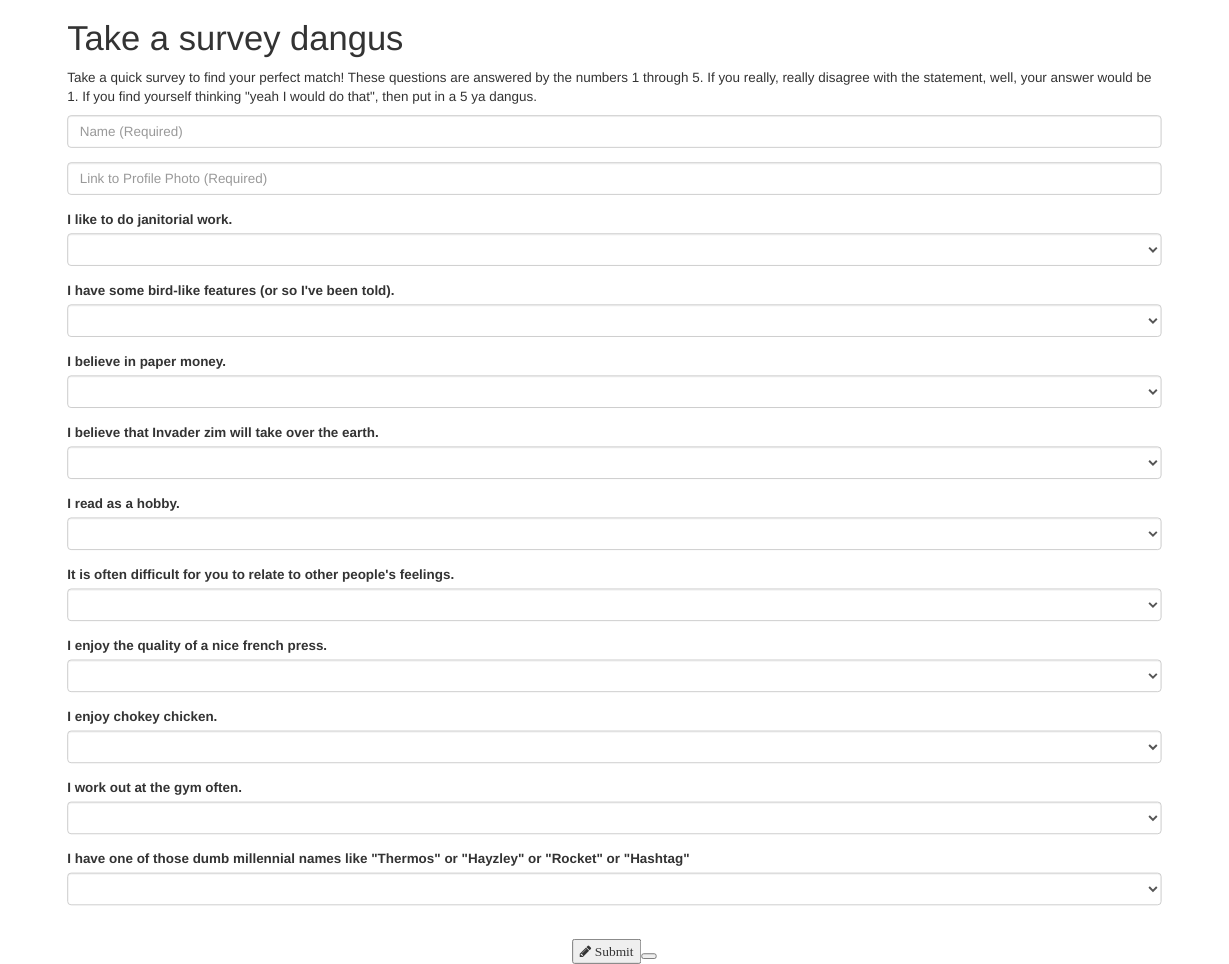
Repository: kcummings1/Mate-Matcher
Page: public/survey.html
The author's editor kept a copy of each file at every save. The page is drawn from the files as they stood at one save, then again after the next save.
The browser window is 1280 px wide. The pictures show the whole page, at 96% of full size.
Some web libraries are served in a nearby version.

Above is the page before, as saved 2019-10-05 12:13:23.

### public/survey.html
<!DOCTYPE html>
<html>

<head>
    <title>Friend Finder | Survey</title>
    <!--===================\\BootStrap//===================-->
    <link rel="stylesheet" href="https://maxcdn.bootstrapcdn.com/bootstrap/3.3.7/css/bootstrap.min.css">
    <link rel="stylesheet" href="https://maxcdn.bootstrapcdn.com/font-awesome/4.7.0/css/font-awesome.min.css">
</head>
<body>

    <div class="container">

        <h1>Take a survey dangus</h1>
        <p>Take a quick survey to find your perfect match! These questions are answered by the numbers 1 through 5. If
            you really, really disagree with the statement, well, your answer would be 1. If you find yourself thinking
            "yeah I would do that", then put in a 5 ya dangus.</p>
        <form>
            <div class="form-group">
                <input id="name" type="text" class="form-control" placeholder="Name (Required)">
            </div>
            <div class="form-group">
                <input id="photo" type="text" class="form-control" placeholder="Link to Profile Photo (Required)">
            </div>
            <div class="form-group">
                <label for="question1">I like to do janitorial work.</label>
                <select class="form-control" id="question1">
                    <option value="empty"></option>
                    <option value="1">1</option>
                    <option value="2">2</option>
                    <option value="3">3</option>
                    <option value="4">4</option>
                    <option value="5">5</option>
                </select>
            </div>
            <div class="form-group">
                <label for="question2">I have some bird-like features (or so I've been told).</label>
                <select class="form-control" id="question2">
                    <option value="empty"></option>
                    <option value="1">1</option>
                    <option value="2">2</option>
                    <option value="3">3</option>
                    <option value="4">4</option>
                    <option value="5">5</option>
                </select>
            </div>
            <div class="form-group">
                <label for="question3">I believe in paper money.</label>
                <select class="form-control" id="question3">
                    <option value="empty"></option>
                    <option value="1">1</option>
                    <option value="2">2</option>
                    <option value="3">3</option>
                    <option value="4">4</option>
                    <option value="5">5</option>
                </select>
            </div>
            <div class="form-group">
                <label for="question4">I believe that Invader zim will take over the earth.</label>
                <select class="form-control" id="question4">
                    <option value="empty"></option>
                    <option value="1">1</option>
                    <option value="2">2</option>
                    <option value="3">3</option>
                    <option value="4">4</option>
                    <option value="5">5</option>
                </select>
            </div>
            <div class="form-group">
                <label for="question5">I read as a hobby.</label>
                <select class="form-control" id="question5">
                    <option value="empty"></option>
                    <option value="1">1</option>
                    <option value="2">2</option>
                    <option value="3">3</option>
                    <option value="4">4</option>
                    <option value="5">5</option>
                </select>
            </div>
            <div class="form-group">
                <label for="question6">It is often difficult for you to relate to other people's feelings.</label>
                <select class="form-control" id="question6">
                    <option value="empty"></option>
                    <option value="1">1</option>
                    <option value="2">2</option>
                    <option value="3">3</option>
                    <option value="4">4</option>
                    <option value="5">5</option>
                </select>
            </div>
            <div class="form-group">
                <label for="question7">I enjoy the quality of a nice french press.</label>
                <select class="form-control" id="question7">
                    <option value="empty"></option>
                    <option value="1">1</option>
                    <option value="2">2</option>
                    <option value="3">3</option>
                    <option value="4">4</option>
                    <option value="5">5</option>
                </select>
            </div>
            <div class="form-group">
                <label for="question8">I enjoy chokey chicken.</label>
                <select class="form-control" id="question8">
                    <option value="empty"></option>
                    <option value="1">1</option>
                    <option value="2">2</option>
                    <option value="3">3</option>
                    <option value="4">4</option>
                    <option value="5">5</option>
                </select>
            </div>
            <div class="form-group">
                <label for="question9">I work out at the gym often.</label>
                <select class="form-control" id="question9">
                    <option value="empty"></option>
                    <option value="1">1</option>
                    <option value="2">2</option>
                    <option value="3">3</option>
                    <option value="4">4</option>
                    <option value="5">5</option>
                </select>
            </div>
            <div class="form-group">
                <label for="question10">I have one of those dumb millennial names like "Thermos" or "Hayzley" or
                    "Rocket" or "Hashtag"</label>
                <select class="form-control" id="question10">
                    <option value="empty"></option>
                    <option value="1">1</option>
                    <option value="2">2</option>
                    <option value="3">3</option>
                    <option value="4">4</option>
                    <option value="5">5</option>
                </select>
            </div>
        </form>
        <div class="text-center"><br>
            <button><i class="fa fa-pencil survey-button"> Submit</i><button>
        </div>

        <!-- Modal after survey completion -->
        <div id="bestFriendModal" class="modal fade" role="dialog">
            <div class="modal-dialog">
                <div class="modal-content">
                    <div class="modal-header">

                        <h3 class="modal-title">Your New Best Friend</h1>
                    </div>
                    <div class="modal-body">
                        <h2 id="bestFriend"></h2>

                    </div>
                    <div class="modal-footer">
                        <!-- <img id="bestFriendPhoto" src="#"> <button type="button" class="btn btn-default" data-dismiss="modal">Close</button> -->
                    </div>
                </div>
            </div>
        </div>
    </div>



    <script src="https://code.jquery.com/jquery-3.2.1.min.js"
        integrity="sha256-hwg4gsxgFZhOsEEamdOYGBf13FyQuiTwlAQgxVSNgt4=" crossorigin="anonymous"></script>
    <script src="https://maxcdn.bootstrapcdn.com/bootstrap/3.3.7/js/bootstrap.min.js"></script>
</body>

</html>

<script type="text/javascript">
    $("#submitBtn").on("click", function (event) {
        event.preventDefault();
        // Form validation
        var valid = true;
        if ($("#name").val() === "" ||
            $("#photo").val() === "") {
            valid = false;
        } else if ($("#question1").val() === "empty" ||
            $("#question2").val() === "empty" ||
            $("#question3").val() === "empty" ||
            $("#question4").val() === "empty" ||
            $("#question5").val() === "empty" ||
            $("#question6").val() === "empty" ||
            $("#question7").val() === "empty" ||
            $("#question8").val() === "empty" ||
            $("#question9").val() === "empty" ||
            $("#question10").val() === "empty") {
            valid = false;
        }
        if (valid === true) {
            var newUser = {
                name: $("#name").val().trim(),
                photo: $("#photo").val().trim(),
                scores: [
                    $("#question1").val(),
                    $("#question2").val(),
                    $("#question3").val(),
                    $("#question4").val(),
                    $("#question5").val(),
                    $("#question6").val(),
                    $("#question7").val(),
                    $("#question8").val(),
                    $("#question9").val(),
                    $("#question10").val()
                ]
            };
            var currentURL = window.location.origin;
            // Ajax call for receiving response after POST req
            $.post(currentURL + "/api/friends", newUser, function (data) {
                $("#bestFriend").text(data.name);
                $("#bestFriendPhoto").attr("src", data.photo);
                $("#bestFriendModal").modal("toggle");
            });
        } else {
            // If a required field is missing, show alert
            alert("Survey is incomplete!");
        }
    });
</script>

After the next save:
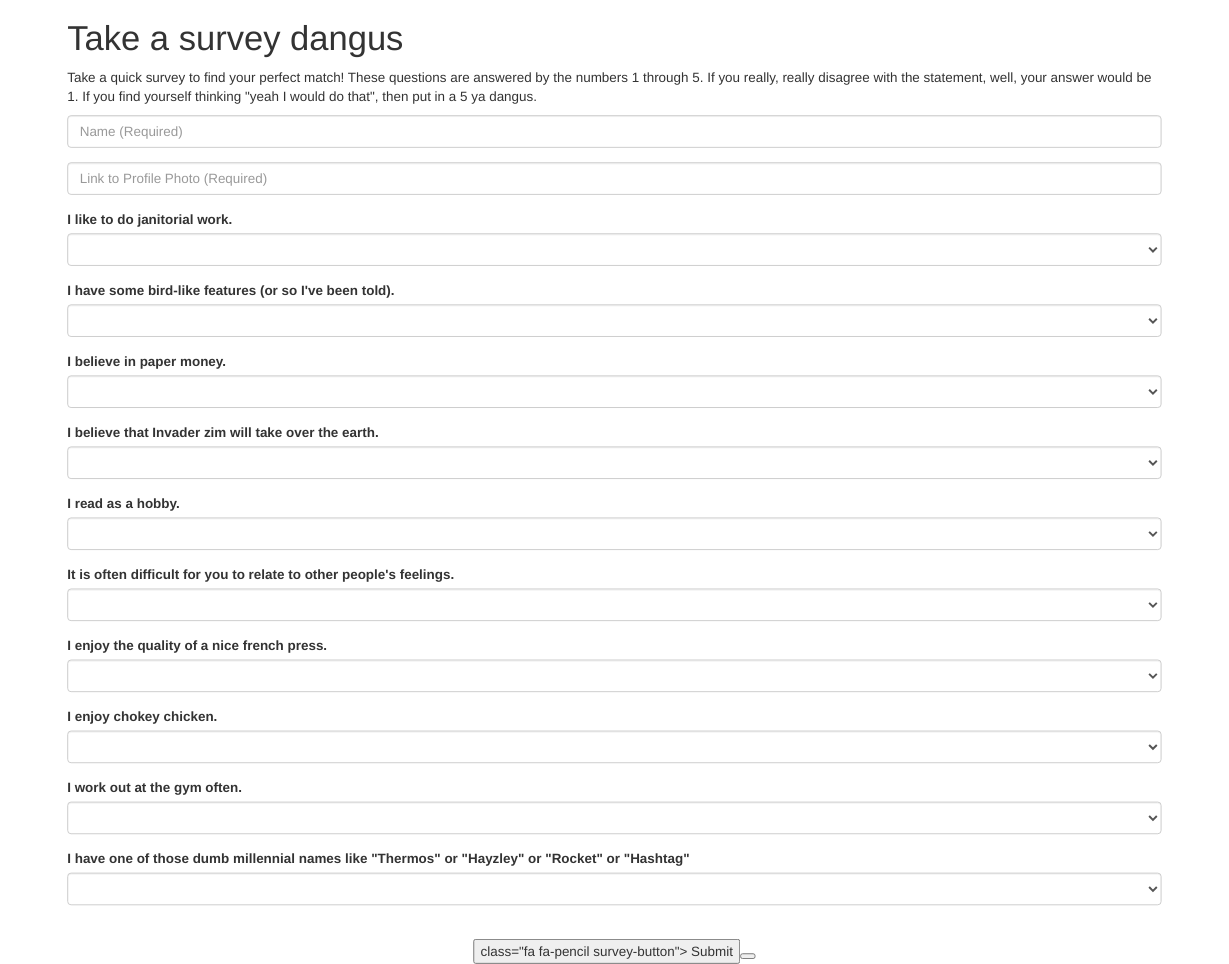
Saved 65 s later.
--- a/public/survey.html
+++ b/public/survey.html
@@ -135,7 +135,7 @@
             </div>
         </form>
         <div class="text-center"><br>
-            <button><i class="fa fa-pencil survey-button"> Submit</i><button>
+            <button>class="fa fa-pencil survey-button"> Submit<button>
         </div>
 
         <!-- Modal after survey completion -->

After the save that followed:
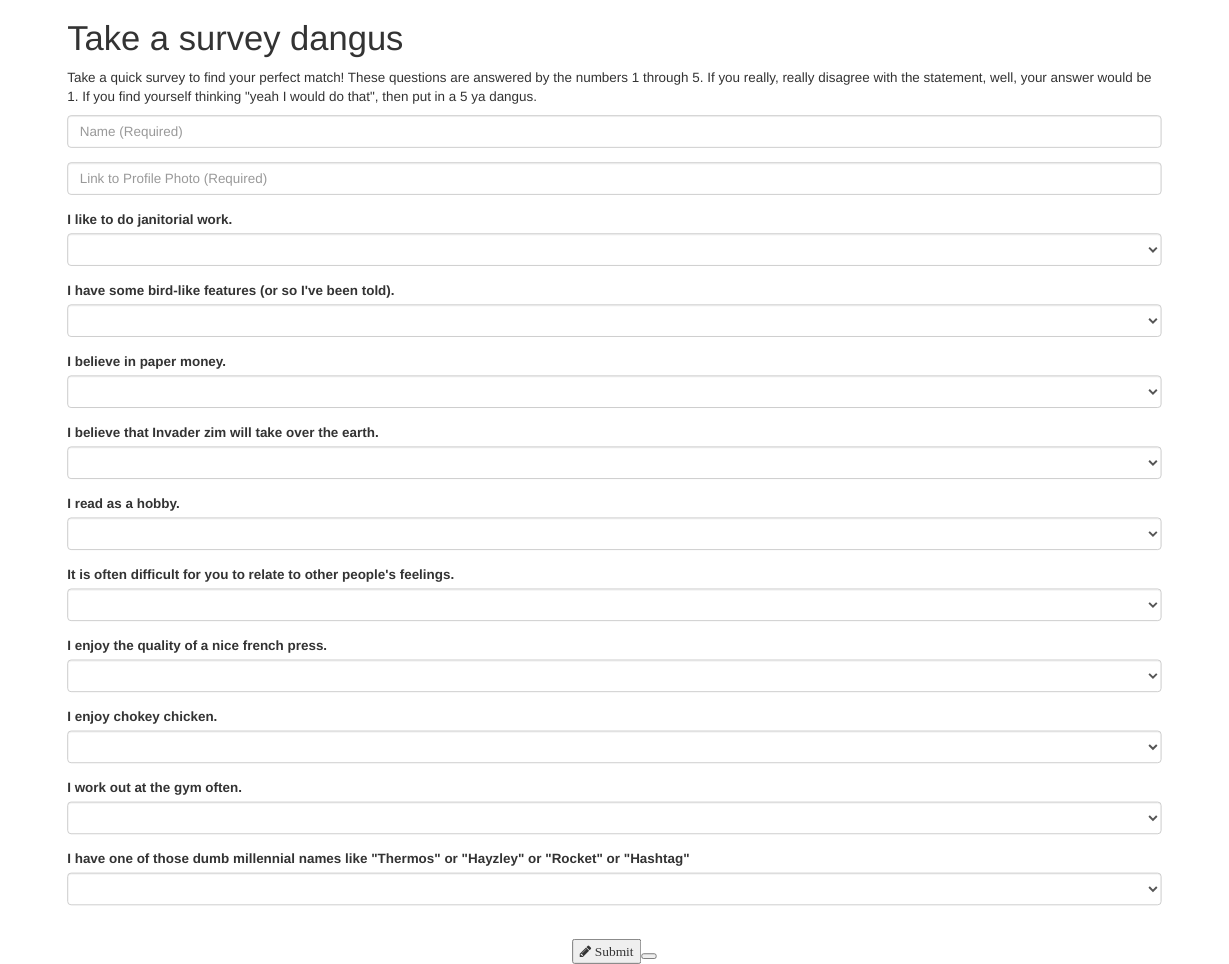
Saved 21 s later.
--- a/public/survey.html
+++ b/public/survey.html
@@ -135,7 +135,7 @@
             </div>
         </form>
         <div class="text-center"><br>
-            <button>class="fa fa-pencil survey-button"> Submit<button>
+            <button><i class="fa fa-pencil survey-button"> Submit</i><button>
         </div>
 
         <!-- Modal after survey completion -->
